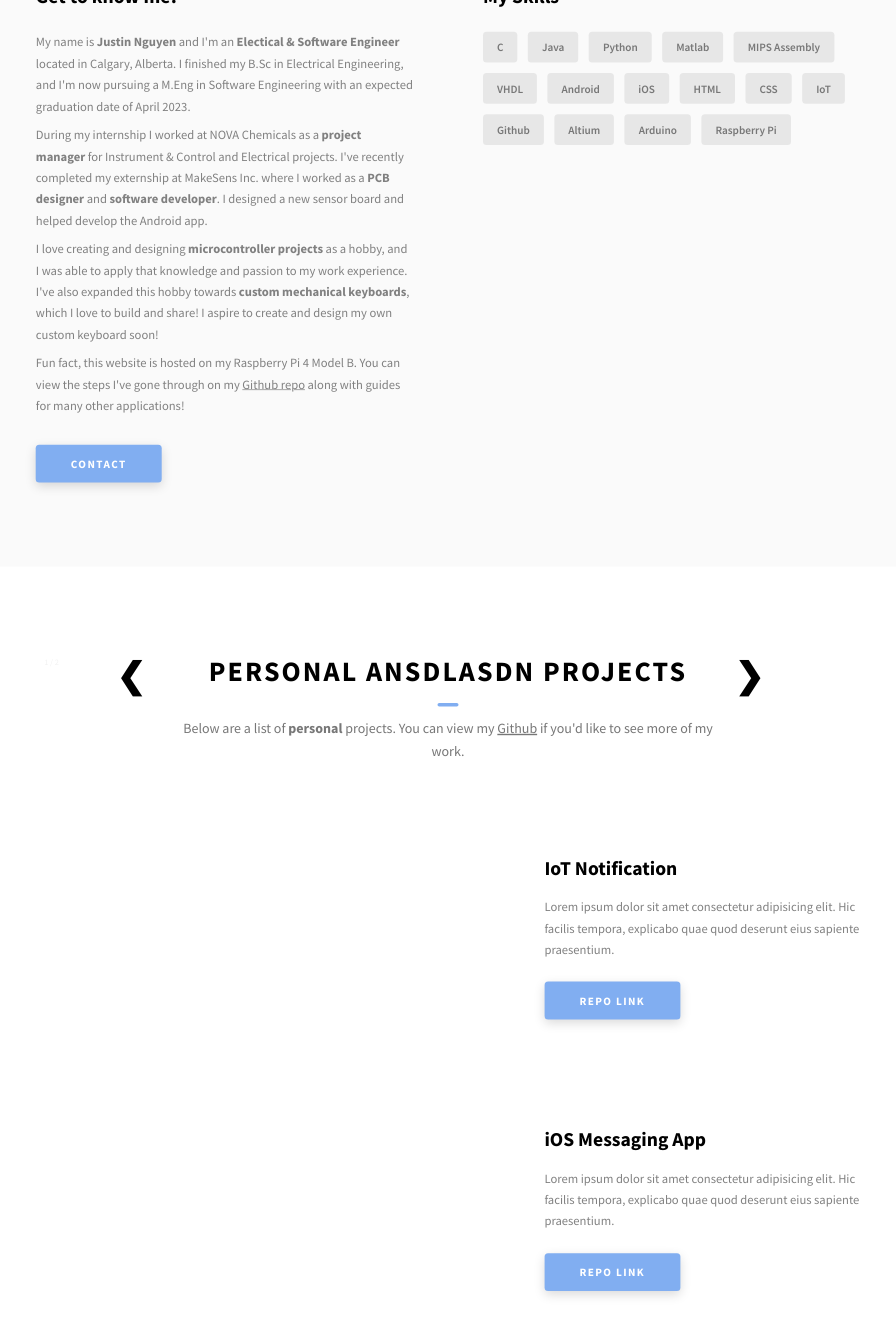
Repository: justinknguyen/Personal-Portfolio
Page: index.html
The author's editor kept a copy of each file at every save. The page is drawn from the files as they stood at one save, then again after the next save.
The browser window is 1280 px wide. The pictures show the part of the page from y = 1195 to 3115 px (the page is 5564 px tall), at 70% of full size.
The style sheet was rebuilt from its Sass, Less or Tailwind sources for each picture, by a compiler version that may differ from the author's.

Above is the page before, as saved 2022-09-07 23:27:58.

After the next save:
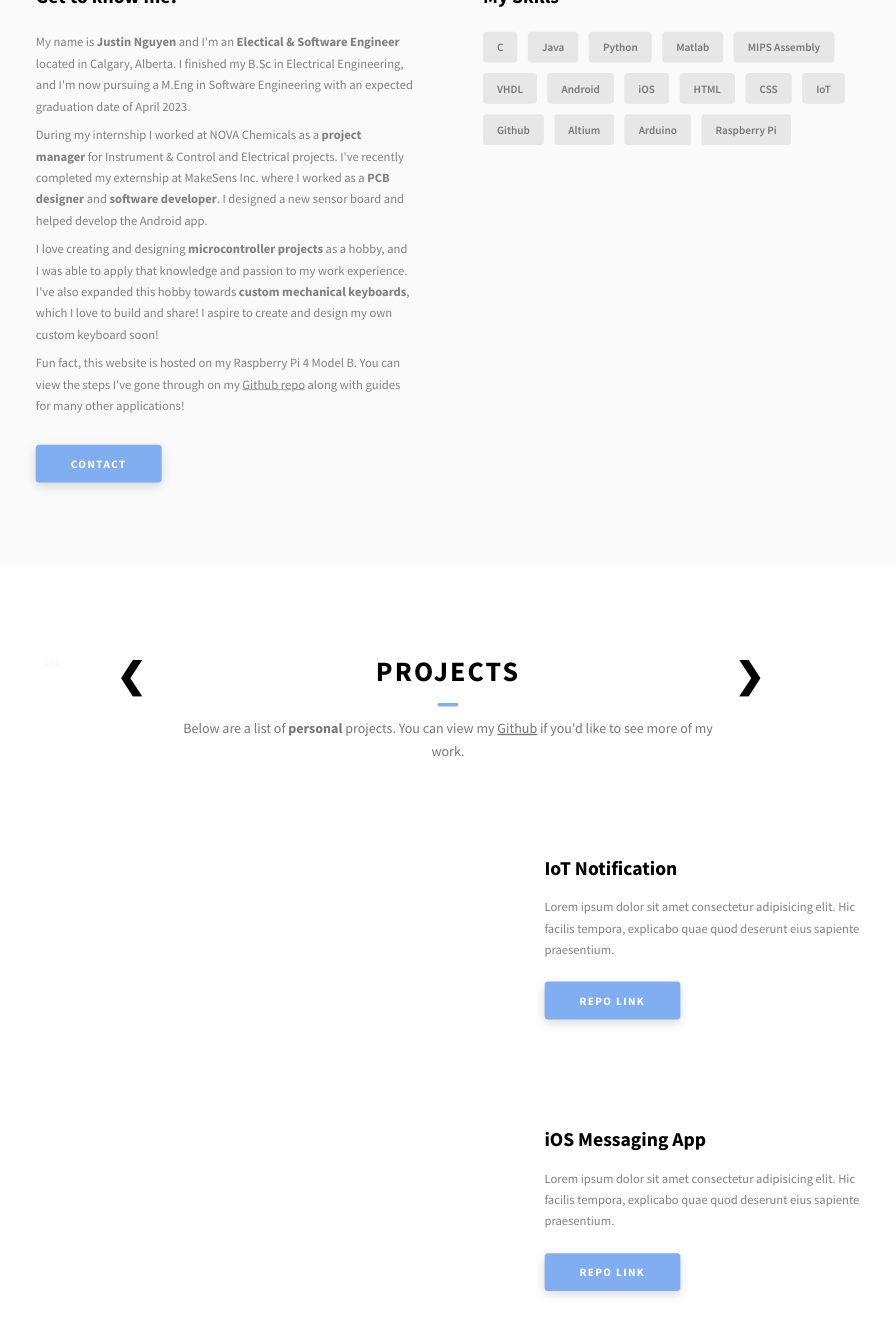
Saved 69 s later.
--- a/index.html
+++ b/index.html
@@ -224,7 +224,7 @@
             <div class="numbertext">1 / 2</div>
 
             <h2 class="heading heading-sec heading-sec__mb-bg">
-              <span class="heading-sec__main">Personal ansdlasdn Projects</span>
+              <span class="heading-sec__main">Projects</span>
               <span class="heading-sec__sub">
                 Below are a list of <strong>personal</strong> projects.
                 You can view my
@@ -337,7 +337,7 @@
           <div class="mySlides fade">
             <div class="numbertext">2 / 2</div>
             <h2 class="heading heading-sec heading-sec__mb-bg">
-              <span class="heading-sec__main">School & Work Projects</span>
+              <span class="heading-sec__main">Projects</span>
               <span class="heading-sec__sub">
                 Below are a list of <strong>school</strong> and <strong>work</strong> projects.
                 You can view my
